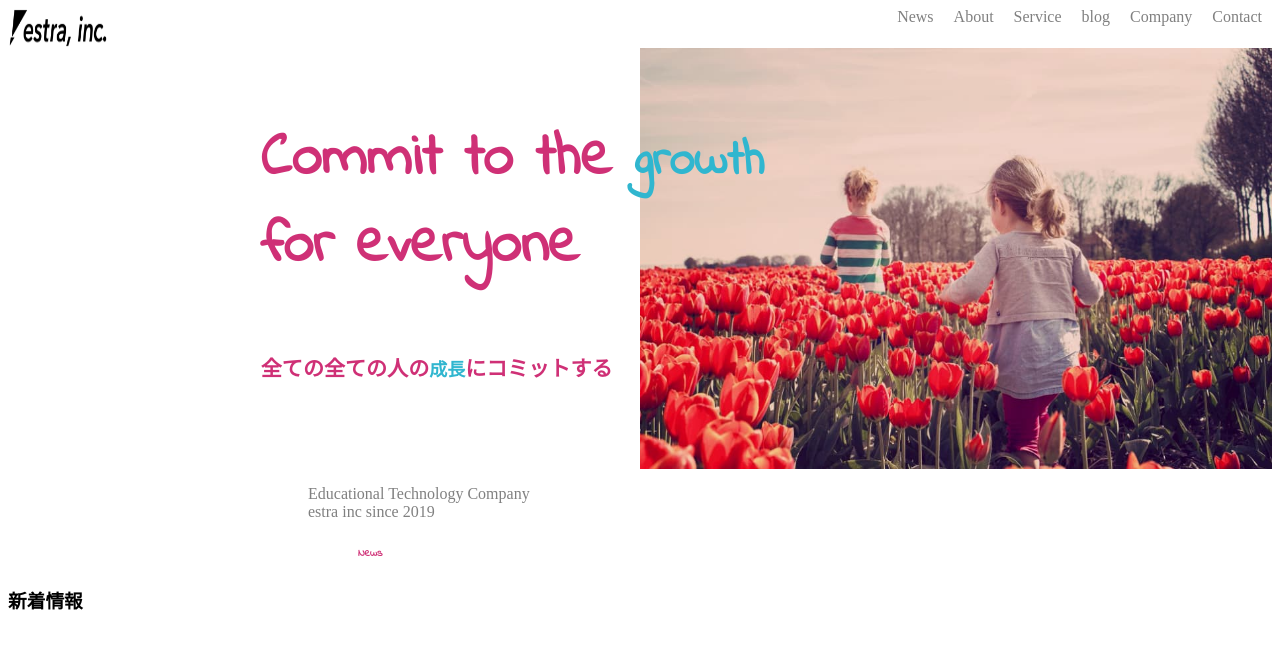
Repository: sigemasaasuka/20210902
Page: index.html
These files come from the project's save history. The page is drawn as it stood at one moment and after a run of saves; the edit follows.
The browser window is 1280 px wide. The pictures show the whole page.

Above is the page before, as saved 2021-09-08 21:00:53.

### index.html
<!DOCTYPE html>
<html lang="ja">

<head>
  <meta charset="UTF-8">
  <meta name="viewport" content="width=device-width, initial-scale=1.0">
  <title>Document</title>
  <link rel="stylesheet" href="css/style.css">
  <link rel="preconnect" href="https://fonts.googleapis.com">
  <link rel="preconnect" href="https://fonts.gstatic.com" crossorigin>
  <link href="https://fonts.googleapis.com/css2?family=Indie+Flower&display=swap" rel="stylesheet">
</head>

<body>
  <div class="flex">
    <img src="img/img/estra_logo.png" alt="estra_logo" width="100px" height="40px">
    <div class="parent">
      <div class="child">News</div>
      <div class="child">About</div>
      <div class="child">Service</div>
      <div class="child">blog</div>
      <div class="child">Company</div>
      <div class="child">Contact</div>

    </div>
  </div>
  <div class="relative">
    <img class="relative__img" src="img/img/firstview.jpg" alt="firstview">
    <div class="example">
      <h1>Commit to the <span class="document"> growth</span> <br>for everyone</h1>
      <div class="example-txt">
        <h3>全ての全ての人の<span class="document-txt">成長</span>にコミットする</h3>
      </div>
    </div>
    <p class="subtitle">Educational Technology Company<br>estra inc since 2019</p>
    <div class="smlltitle">
    <h6>News</h6>
    </div>
    <h3>新着情報</h3>
   </div>
　</div>

</body>

</html>

### css/style.css
.img {
  text-align: left;
}

.parent {
  display: flex;
  text-align: right;
  color: gray;
}

.child {
  margin: 0 10px;
}
.flex {
  display: flex;
  justify-content: space-between;
}

.relative {
  position: relative;
}

.relative__img {
  margin: 0 0 0 auto;
  display: block;
  width: 50%;
}

.example {
  position: absolute;
  top: 5%;
  left: 20%;
  font-size: 30px;
  color: #cf3076;
  font-family: "Indie Flower", cursive;
}

.document {
  top: 5%;
  left: 20%;
  font-size: 50px;
  color: #30b6cf;
  font-family: "Indie Flower", cursive;
}

.example-txt {
  position: absolute;
  top: 100%;
  left: 0%;
  font-size: 18px;
  color: #cf3076;
  font-family: "Indie Flower", cursive;
}

.document-txt {
  top: 100%;
  left: 0%;
  font-size: 18px;
  color: #30b6cf;
  font-family: "Indie Flower", cursive;
}

.subtitle {
  margin-left: 300px;
  color: gray;
}

.smlltitle {
  color: #cf3076;
  font-family: "Indie Flower", cursive;
  margin-left: 350px;
}

.h3 {
  color: gray;
}

After the next 2 saves:
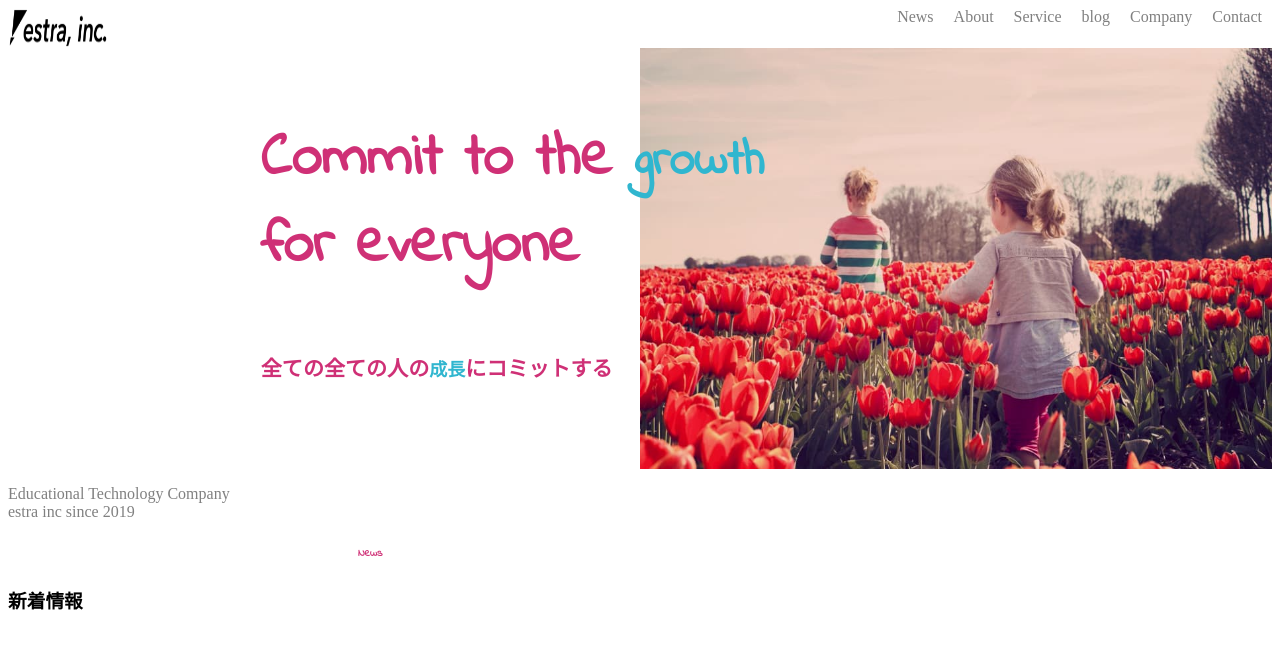
The 2 saves are shown as one change because they came seconds apart.
The last was saved 26 s later.
--- a/css/style.css
+++ b/css/style.css
@@ -61,6 +61,7 @@
 }
 
 .subtitle {
+  top
   margin-left: 300px;
   color: gray;
 }

After the 4 saves that followed:
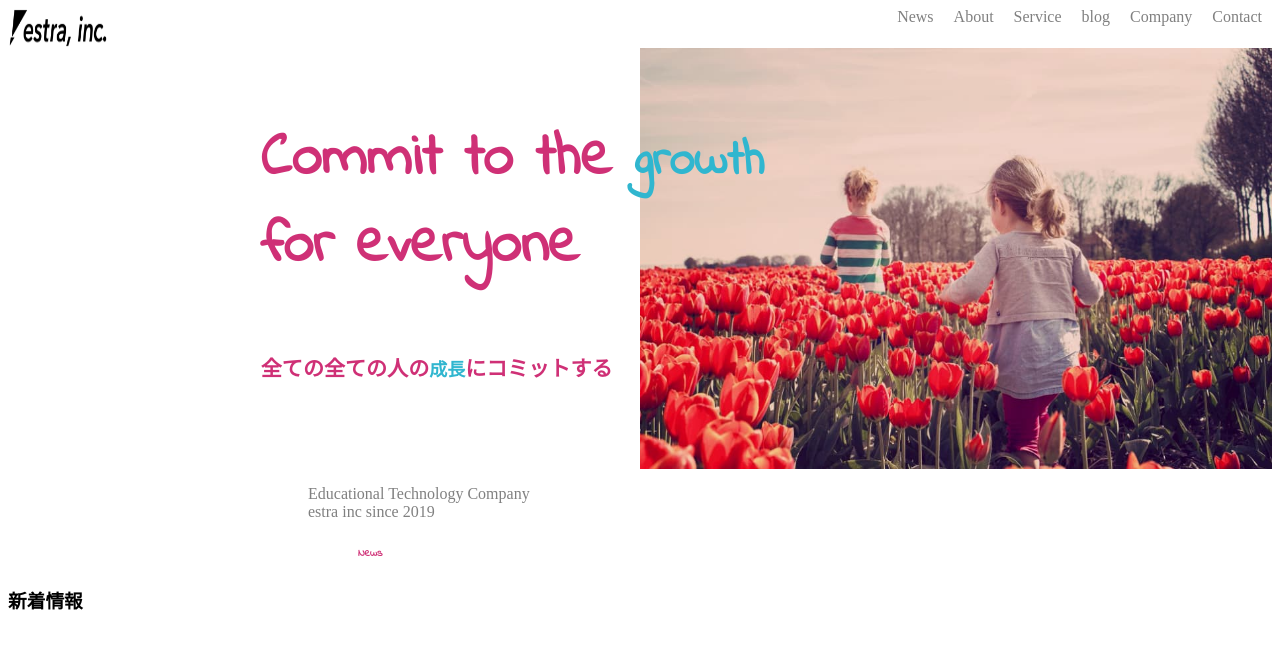
The 4 saves are shown as one change because they came seconds apart.
The last was saved 13 s later.
--- a/css/style.css
+++ b/css/style.css
@@ -61,7 +61,7 @@
 }
 
 .subtitle {
-  top
+  top: 0;
   margin-left: 300px;
   color: gray;
 }
